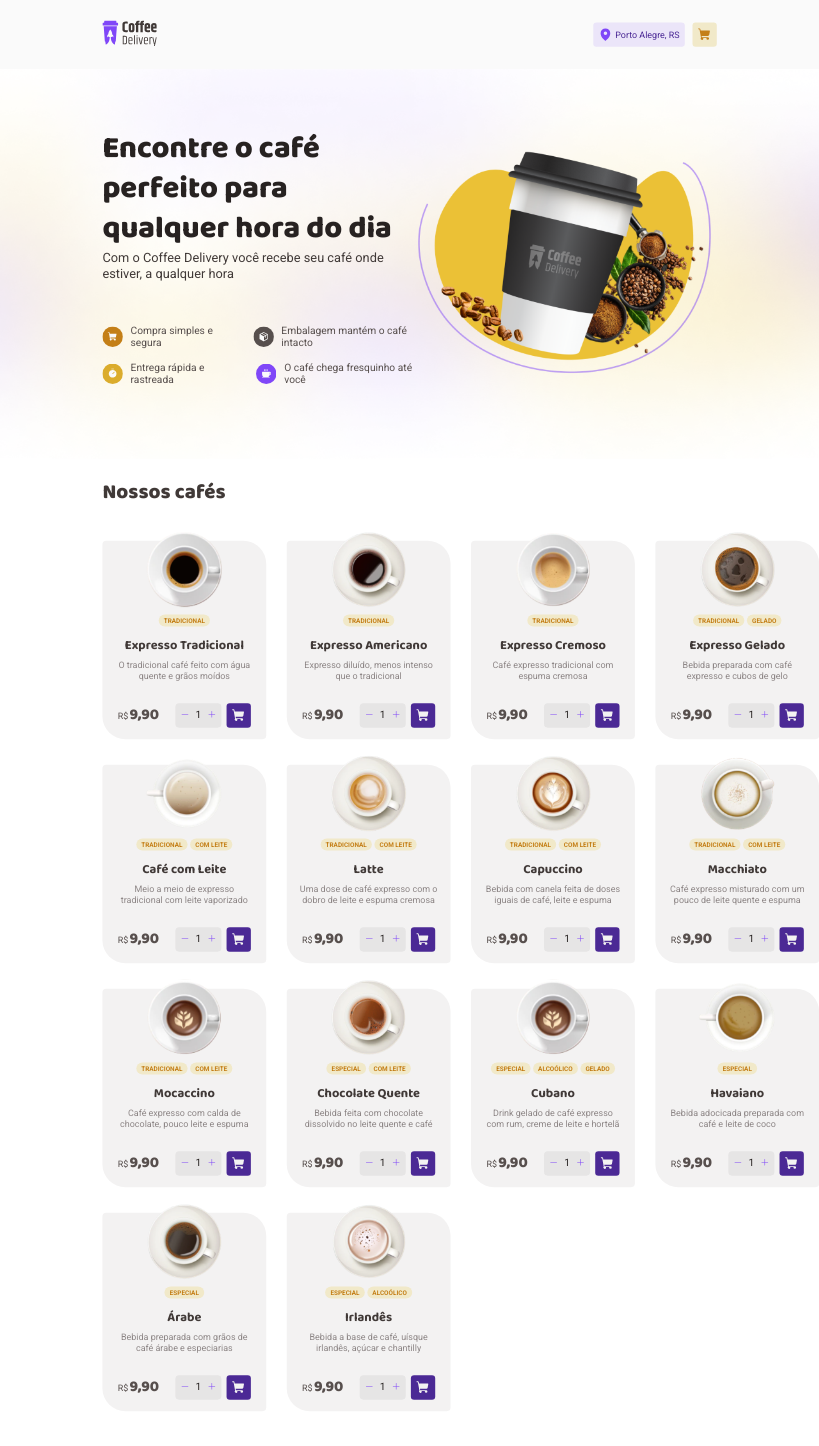
Repository: caueenrico/CoffeDelivery
Page: /
These files come from the project's save history. The page is drawn as it stood at one moment and after a run of saves; the edit follows.
The browser window is 1280 px wide. The pictures show the whole page, at 64% of full size.
The project was rebuilt for these pictures with package versions that can differ from the ones it lists, and the page was loaded fresh each time. Also part of the build but not shown: vite.config.ts, src/components/MetodosPagamento/styles.ts, src/components/MetodosPagamento/index.tsx, src/components/InpuitForm/styles.ts, src/components/InpuitForm/index.tsx, src/pages/CheckOut/styles.ts, src/pages/CheckOut/AddresForm.tsx, src/pages/CheckOut/components/ConfirmButton/styles.ts and 14 more.

Above is the page before, as saved 2022-09-30 18:37:08.

After the next 3 saves:
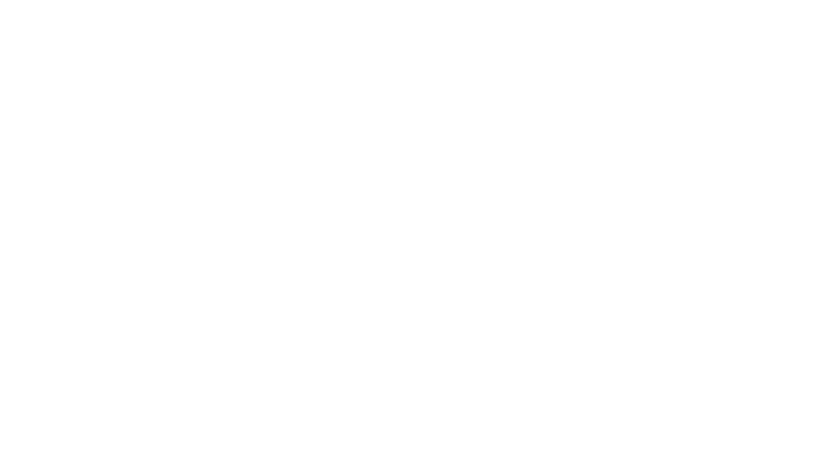
Console error: ReferenceError: useState is not defined
The 3 saves are shown as one change because 1 did not build or start and some came seconds apart.
The last was saved 23 s later.
--- a/src/components/CartOfCard/index.tsx
+++ b/src/components/CartOfCard/index.tsx
@@ -12,6 +12,7 @@ function handleAddToCart() {
 
 export function CartOfCard (){
 
+  const [itensInCart, setItensInCart] = useState<Coffee[]>([])
 
   return(
     <CartOfCardContainer onClick={handleAddToCart}>

After the save that followed:
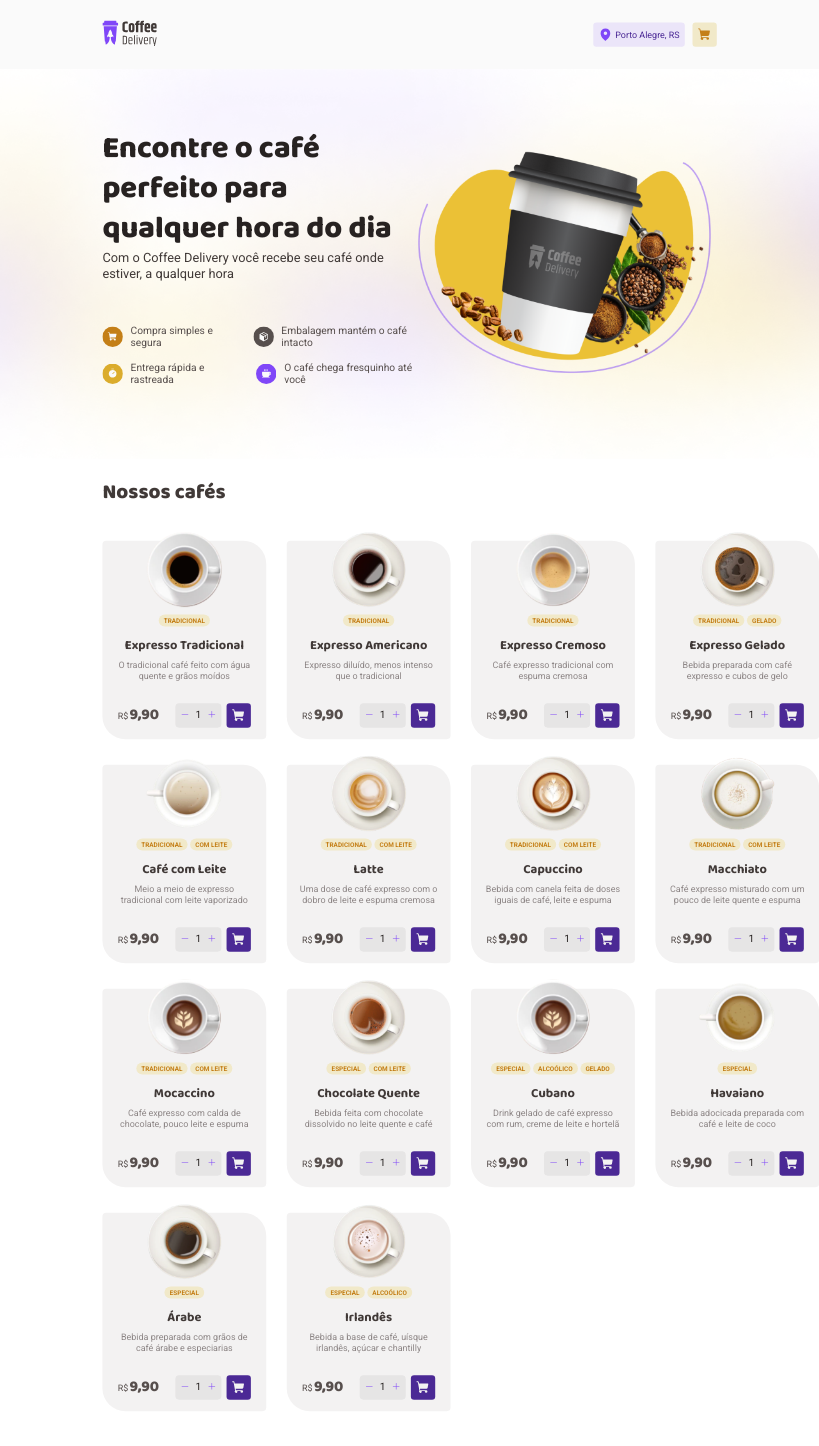
The error is gone.
Saved 5 s later.
--- a/src/components/CartOfCard/index.tsx
+++ b/src/components/CartOfCard/index.tsx
@@ -1,5 +1,5 @@
 import { ShoppingCart } from "phosphor-react";
-import { createContext, useContext } from "react";
+import { createContext, useContext, useState } from "react";
 import { Coffee } from "../CoffeCards";
 import { CartOfCardContainer } from "./styles";
 
